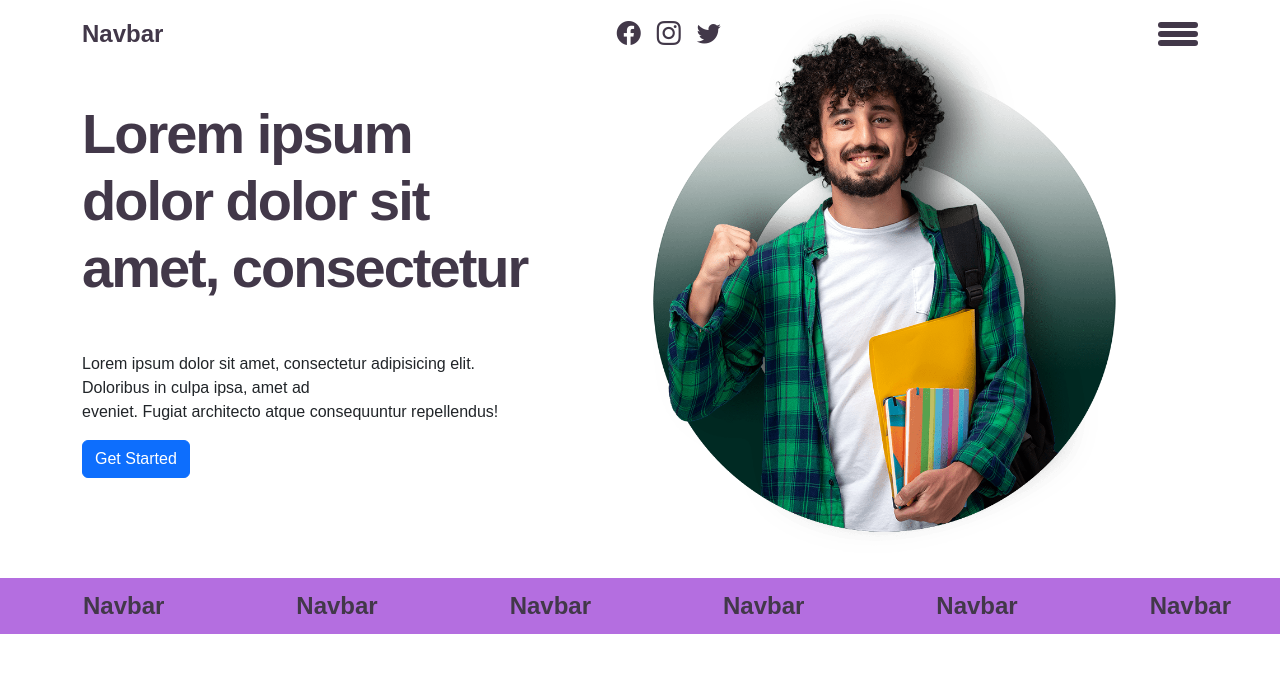
Repository: tagnam/project27012025
Page: index.html
An editor plug-in stored every save of this project. The page is shown before and after the next save, followed by the edit.
The browser window is 1280 px wide. The pictures show the whole page.

Above is the page before, as saved 2025-01-27 16:11:45.

After the next save:
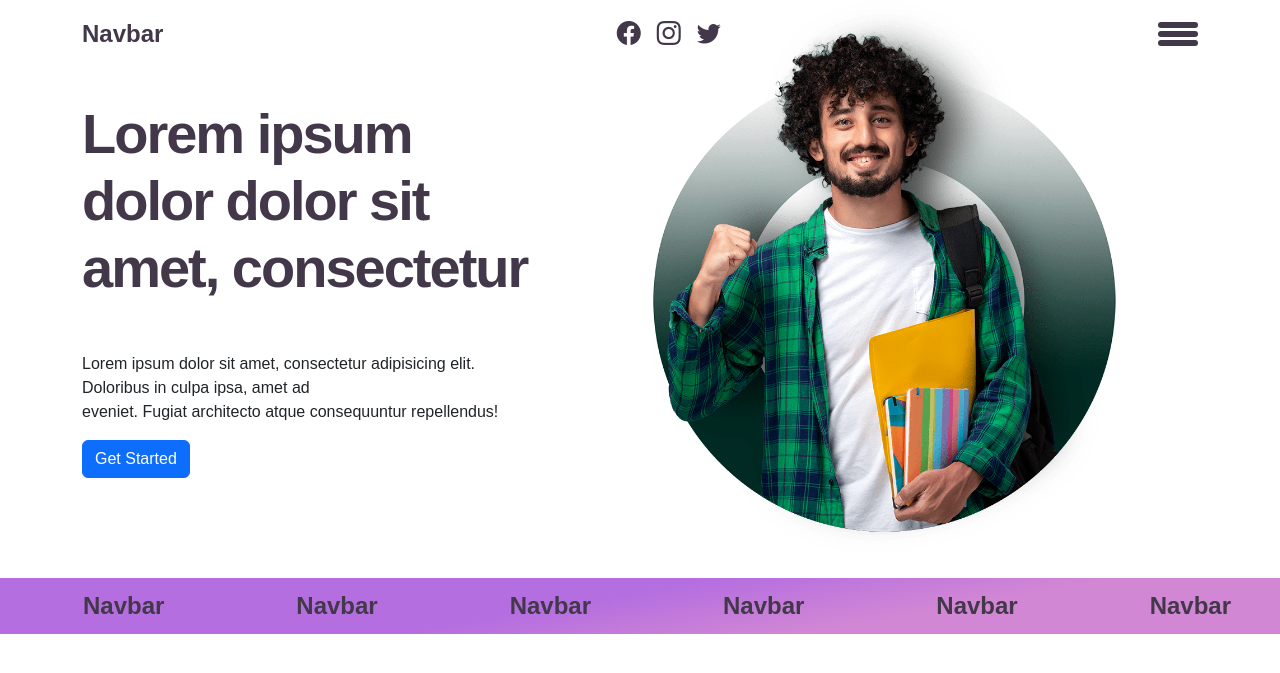
Saved 2 min 46 s later.
--- a/style/css/index.css
+++ b/style/css/index.css
@@ -81,7 +81,7 @@ width: 100%;
 
 
 .client-section{
-    background-color: var(--semi-dark-color);
+    background: linear-gradient(-190deg, rgba(180,110,224,1) 45%, rgba(210,135,212,1) 70%);
     padding: 10px 0px;
     overflow: hidden;
 }
